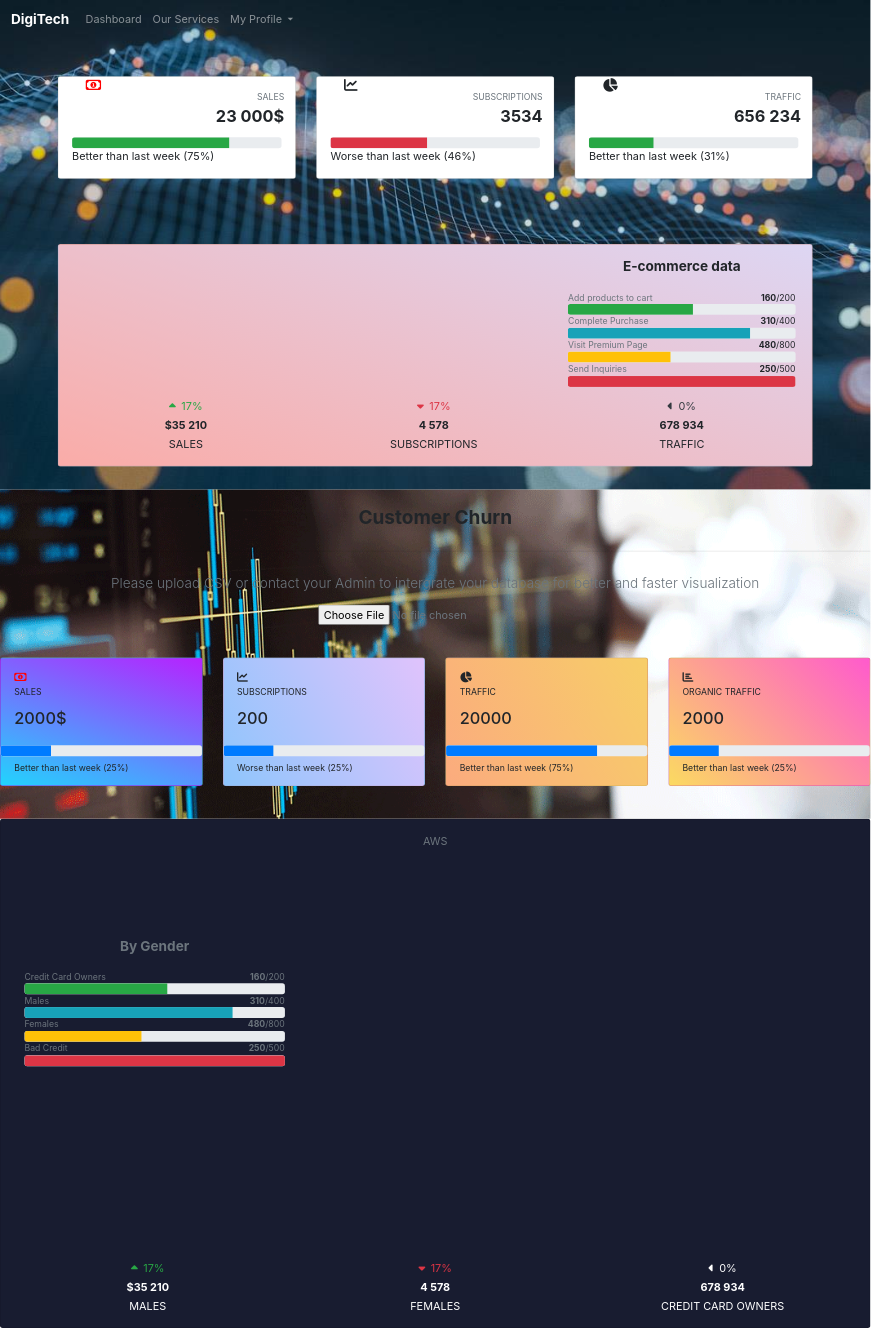
Repository: Tookliin/DigiTech
Page: /data
These files come from the project's save history. The page is drawn as it stood at one moment and after the next save; the edit follows.
The browser window is 1280 px wide. The page is 1295 px wide, so the pictures cover 1295 px, including what lies to the right of the window. The pictures show the whole page, at 68% of full size.
The project was rebuilt for these pictures with package versions that can differ from the ones it lists, and the page was loaded fresh each time. Also part of the build but not shown: src/components/Dashboard.vue, src/components/Profile.vue, src/components/Error.vue, src/components/Register.vue.

Above is the page before, as saved 2020-07-22 08:46:46.

### src/main.js
import Vue from 'vue';
import App from './App.vue';
import VueRouter from 'vue-router';
// import 'bootstrap-icons';
// import 'bootstrap-icons/icons';
import 'jquery';
import 'popper.js';
import 'bootstrap';
import 'bootstrap/dist/css/bootstrap.min.css';
import './assets/css/main.css';
import '@fortawesome/fontawesome-free/css/all.min.css';
import 'bootstrap-css-only/css/bootstrap.min.css';
import Dashboard from './components/Dashboard.vue';
import Profile from './components/Profile';
import Error from './components/Error.vue';
import Register from './components/Register.vue';
import Organization from './components/Organization.vue';

Vue.use(VueRouter);
Vue.config.productionTip = false

const router = new VueRouter({
routes: [
  {path: '/', component: Dashboard},
  {path: '/profile', component: Profile},
  {path: '/register', component: Register},
  {path: '/data', component: Organization},
  {path: '*', component: Error}
],
mode: 'history'
});
new Vue({
  router,
  render: h => h(App)
}).$mount('#app');

### src/App.vue
<template>
  <div id="app">
    <main class="">
  <nav class="navbar fixed-top navbar-expand-lg navbar-dark scrolling-navbar">
        <a class="navbar-brand" href="/"><strong>DigiTech</strong></a>
        <button class="navbar-toggler" type="button" data-toggle="collapse" data-target="#navbarSupportedContent" aria-controls="navbarSupportedContent" aria-expanded="false" aria-label="Toggle navigation">
            <span class="navbar-toggler-icon"></span>
        </button>
        <div class="collapse navbar-collapse" id="navbarSupportedContent">
            <ul class="navbar-nav mr-auto">
              <router-link to="/">
              <a class="nav-link">Dashboard <span class="sr-only">(current)</span></a></router-link>

                <router-link to="/profile">
                  <a class="nav-link" >Our Services</a>
                </router-link>


                 <li class="nav-item dropdown">
          <a class="nav-link dropdown-toggle" id="navbarDropdownMenuLink-4" data-toggle="dropdown" aria-haspopup="true"
            aria-expanded="false">
           My Profile
          </a>
          <div class="dropdown-menu dropdown-menu-right dropdown-info" aria-labelledby="navbarDropdownMenuLink-4">
             <router-link to="/data">
             <a class="dropdown-item">Account</a></router-link>

             <router-link to="/register">
             <a class="dropdown-item">Register</a></router-link>

             <router-link to="/logout">
             <a class="dropdown-item">Log out</a></router-link>



            <!-- <a class="dropdown-item" href="/data">Our Clients</a> -->
          </div>
        </li>
            </ul>
        </div>
    </nav>
    </main>
    <router-view/>
  </div>
</template>
<script>
export default {
  name: "App",
  components:{

  },
  data(){
    return{}
  }
}
</script>

### src/assets/css/main.css
html,
body,
header,
.view {
  height: 100%;
}

.navbar {
    background-color: transparent;
}

@media (max-width: 740px) {
  html,
  body,
  header,
  .view {
    height: 1200px;
  }
}
@media (min-width: 800px) and (max-width: 850px) {
  html,
  body,
  header,
  .view {
    height: 700px;
  }
}

.top-nav-collapse {
  background-color: #39448c !important;
}

.navbar:not(.top-nav-collapse) {
  background: transparent !important;
}

@media (max-width: 991px) {
 .navbar:not(.top-nav-collapse) {
  background: #39448c !important;
 }
}

.far{
    color: red;
}

.dashboard{
    background-color: #21D4FD;
background-image: -webkit-linear-gradient(19deg, #21D4FD 0%, #B721FF 100%);
background-image: -moz-linear-gradient(19deg, #21D4FD 0%, #B721FF 100%);
background-image: -o-linear-gradient(19deg, #21D4FD 0%, #B721FF 100%);
background-image: linear-gradient(19deg, #21D4FD 0%, #B721FF 100%);
}

.profile{
background-color: #D9AFD9;
background-image: -webkit-linear-gradient(0deg, #D9AFD9 0%, #97D9E1 100%);
background-image: -moz-linear-gradient(0deg, #D9AFD9 0%, #97D9E1 100%);
background-image: -o-linear-gradient(0deg, #D9AFD9 0%, #97D9E1 100%);
background-image: linear-gradient(0deg, #D9AFD9 0%, #97D9E1 100%);

}


 .data{
    /* background-color: #FAACA8;
background-image: -webkit-linear-gradient(19deg, #FAACA8 0%, #DDD6F3 100%);
background-image: -moz-linear-gradient(19deg, #FAACA8 0%, #DDD6F3 100%);
background-image: -o-linear-gradient(19deg, #FAACA8 0%, #DDD6F3 100%);
background-image: linear-gradient(19deg, #FAACA8 0%, #DDD6F3 100%); */
background-image: url("../images/dsa.jpg");
background-position: center;
background-size: cover;;

 }

 .client-card{
     background-color: #FAACA8;
background-image: -webkit-linear-gradient(19deg, #FAACA8 0%, #DDD6F3 100%);
background-image: -moz-linear-gradient(19deg, #FAACA8 0%, #DDD6F3 100%);
background-image: -o-linear-gradient(19deg, #FAACA8 0%, #DDD6F3 100%);
background-image: linear-gradient(19deg, #FAACA8 0%, #DDD6F3 100%);
 }

 .customer-churn{
     /* background-attachment: fixed; */
     background-image: url("../images/ad.gif");
     background-position: center;
     background-size: cover;;
 }
.sales{
    background-color: #21D4FD;
    background-image: -webkit-linear-gradient(19deg, #21D4FD 0%, #B721FF 100%);
    background-image: -moz-linear-gradient(19deg, #21D4FD 0%, #B721FF 100%);
    background-image: -o-linear-gradient(19deg, #21D4FD 0%, #B721FF 100%);
    background-image: linear-gradient(19deg, #21D4FD 0%, #B721FF 100%);
}

.subscription{
    background-color: #8EC5FC;
    background-image: -webkit-linear-gradient(62deg, #8EC5FC 0%, #E0C3FC 100%);
    background-image: -moz-linear-gradient(62deg, #8EC5FC 0%, #E0C3FC 100%);
    background-image: -o-linear-gradient(62deg, #8EC5FC 0%, #E0C3FC 100%);
    background-image: linear-gradient(62deg, #8EC5FC 0%, #E0C3FC 100%);

}

.traffic{
    background-color: #FBAB7E;
    background-image: -webkit-linear-gradient(62deg, #FBAB7E 0%, #F7CE68 100%);
    background-image: -moz-linear-gradient(62deg, #FBAB7E 0%, #F7CE68 100%);
    background-image: -o-linear-gradient(62deg, #FBAB7E 0%, #F7CE68 100%);
    background-image: linear-gradient(62deg, #FBAB7E 0%, #F7CE68 100%);

}

.organic{
    background-color: #FBDA61;
    background-image: -webkit-linear-gradient(45deg, #FBDA61 0%, #FF5ACD 100%);
    background-image: -moz-linear-gradient(45deg, #FBDA61 0%, #FF5ACD 100%);
    background-image: -o-linear-gradient(45deg, #FBDA61 0%, #FF5ACD 100%);
    background-image: linear-gradient(45deg, #FBDA61 0%, #FF5ACD 100%);

}

### src/components/Organization.vue
<template>

<div class="">
<div class="data" style="height: 100vh;">

<div class="container ">
    <div class="row">
      <div class="col-lg-4 col-md-12 py-5 my-5">
        <div class="card mt-3">

          <div class="">
            <i class="far fa-money-bill-alt fa-lg primary-color z-depth-2 p-4 ml-3 mt-n3 rounded text-black"></i>
            <div class="float-right text-right p-3">
              <p class="text-uppercase text-muted mb-1"><small>sales</small></p>
              <h4 class="font-weight-bold mb-0">23 000$</h4>
            </div>
          </div>

          <div class="card-body pt-0">
            <div class="progress md-progress">
              <div class="progress-bar bg-success" role="progressbar" style="width: 75%" aria-valuenow="75" aria-valuemin="0"
                aria-valuemax="100"></div>
            </div>
            <p class="card-text">Better than last week (75%)</p>
          </div>
        </div>
      </div>

      <div class="col-lg-4 col-md-6 my-5 py-5">
        <div class="card mt-3">
          <div class="">
            <i class="fas fa-chart-line fa-lg teal z-depth-2 p-4 ml-3 mt-n3 rounded text-black"></i>
            <div class="float-right text-right p-3">
              <p class="text-uppercase text-muted mb-1"><small>subscriptions</small></p>
              <h4 class="font-weight-bold mb-0">3534</h4>
            </div>
          </div>
          <div class="card-body pt-0">
            <div class="progress md-progress">
              <div class="progress-bar bg-danger" role="progressbar" style="width: 46%" aria-valuenow="46" aria-valuemin="0"
                aria-valuemax="100"></div>
            </div>
            <p class="card-text">Worse than last week (46%)</p>
          </div>
        </div>
      </div>

      <div class="col-lg-4 col-md-6 my-5 py-5">
        <div class="card mt-3">
          <div class="">
            <i class="fas fa-chart-pie fa-lg purple z-depth-2 p-4 ml-3 mt-n3 rounded text-black"></i>
            <div class="float-right text-right p-3">
              <p class="text-uppercase text-muted mb-1"><small>traffic</small></p>
              <h4 class="font-weight-bold mb-0">656 234</h4>
            </div>
          </div>
          <div class="card-body pt-0">
            <div class="progress md-progress">
              <div class="progress-bar bg-success" role="progressbar" style="width: 31%" aria-valuenow="31" aria-valuemin="0"
                aria-valuemax="100"></div>
            </div>
            <p class="card-text">Better than last week (31%)</p>
          </div>
        </div>
      </div>
    </div>


    <!-- Client Behaviour -->
 <section>
      <div class=" client-card card">
        <div class="card-body mr-md-1">
          <div class="row mb-3">
            <div class="col-md-8 mb-4">
              <canvas id="barChart" height="100"></canvas>
            </div>
            <div class="col-md-4 mb-1 mb-md-0">
              <h5 class="text-center font-weight-bold mb-4">E-commerce data</h5>
              <div class="d-flex justify-content-between">
                <small class="text-muted">Add products to cart</small>
                <small><span><strong>160</strong></span>/<span></span>200</small>
              </div>
              <div class="progress md-progress">
                <div class="progress-bar bg-success" role="progressbar" style="width: 55%" aria-valuenow="55"
                  aria-valuemin="0" aria-valuemax="100"></div>
              </div>
              <div class="d-flex justify-content-between">
                <small class="text-muted">Complete Purchase</small>
                <small><span><strong>310</strong></span>/<span></span>400</small>
              </div>
              <div class="progress md-progress">
                <div class="progress-bar bg-info" role="progressbar" style="width: 80%" aria-valuenow="80"
                  aria-valuemin="0" aria-valuemax="100"></div>
              </div>
              <div class="d-flex justify-content-between">
                <small class="text-muted">Visit Premium Page</small>
                <small><span><strong>480</strong></span>/<span></span>800</small>
              </div>
              <div class="progress md-progress">
                <div class="progress-bar bg-warning" role="progressbar" style="width: 45%" aria-valuenow="45"
                  aria-valuemin="0" aria-valuemax="100"></div>
              </div>
              <div class="d-flex justify-content-between">
                <small class="text-muted">Send Inquiries</small>
                <small><span><strong>250</strong></span>/<span></span>500</small>
              </div>
              <div class="progress md-progress">
                <div class="progress-bar bg-danger" role="progressbar" style="width: 100%" aria-valuenow="100"
                  aria-valuemin="0" aria-valuemax="100"></div>
              </div>
            </div>
          </div>
          <div class="row text-center">
            <div class="col-md-4 mb-4 mb-md-0">
              <p class="text-success mb-1"><i class="fas fa-caret-up mr-2"></i>17%</p>
              <p class="font-weight-bold mb-1">$35 210</p>
              <p class="text-uppercase mb-md-0">Sales</p>
            </div>
            <div class="col-md-4 mb-4 mb-md-0">
              <p class="text-danger mb-1"><i class="fas fa-caret-down mr-2"></i>17%</p>
              <p class="font-weight-bold mb-1">4 578</p>
              <p class="text-uppercase mb-md-0">Subscriptions</p>
            </div>
            <div class="col-md-4 mb-0">
              <p class="text-dark mb-1"><i class="fas fa-caret-left mr-2"></i>0%</p>
              <p class="font-weight-bold mb-1">678 934</p>
              <p class="text-uppercase mb-0">Traffic</p>
            </div>
          </div>
        </div>
      </div>
    </section>
    </div>
    </div>

<!-- Customer Churn -->
<section class=" customer-churn py-4">

    <h3 class="font-weight-bold text-center dark-grey-text pb-2">
        Customer Churn</h3>
    <hr class="w-header my-4">
    <p class="lead text-center text-muted pt-2 mb-3">Please upload CSV or contact your Admin to intergrate your database for better and faster visualization

    </p>
    <div class="text-center text-muted mb-5">
        <input type="file" name="form" id="form">
        <a class="primary-color"></a>
    </div>


    <div class="row white-text">
      <div class="col-xl-3 col-md-6 mb-4">
        <div class="sales card classic-admin-card primary-color">
          <div class="card-body py-3">
            <i class="far fa-money-bill-alt"></i>
            <p class="small">SALES</p>
            <h4>2000$</h4>
          </div>
          <div class="progress md-progress">
            <div class="progress-bar grey darken-3" role="progressbar" style="width: 25%" aria-valuenow="25" aria-valuemin="0" aria-valuemax="100"></div>
          </div>
          <div class="card-body pt-2 pb-3">
            <p class="small mb-0">Better than last week (25%)</p>
          </div>
        </div>
      </div>

      <div class="col-xl-3 col-md-6 mb-4">
        <div class="subscription card classic-admin-card warning-color">
          <div class="card-body py-3">
            <i class="fas fa-chart-line"></i>
            <p class="small">SUBSCRIPTIONS</p>
            <h4>200</h4>
          </div>
          <div class="progress md-progress">
            <div class="progress-bar bg grey darken-3" role="progressbar" style="width: 25%" aria-valuenow="25" aria-valuemin="0" aria-valuemax="100"></div>
          </div>
          <div class="card-body pt-2 pb-3">
            <p class="small mb-0">Worse than last week (25%)</p>
          </div>
        </div>
      </div>

      <div class="col-xl-3 col-md-6 mb-4">
        <div class="traffic card classic-admin-card light-blue lighten-1">
          <div class="card-body py-3">
            <i class="fas fa-chart-pie"></i>
            <p class="small">TRAFFIC</p>
            <h4>20000</h4>
          </div>
          <div class="progress md-progress">
            <div class="progress-bar grey darken-3" role="progressbar" style="width: 75%" aria-valuenow="75" aria-valuemin="0" aria-valuemax="100"></div>
          </div>
          <div class="card-body pt-2 pb-3">
            <p class="small mb-0">Better than last week (75%)</p>
          </div>
        </div>
      </div>

      <div class="col-xl-3 col-md-6 mb-4">
        <div class="organic card classic-admin-card red accent-2">
          <div class="card-body py-3">
            <i class="fas fa-chart-bar"></i>
            <p class="small">ORGANIC TRAFFIC</p>
            <h4>2000</h4>
          </div>
          <div class="progress md-progress">
            <div class="progress-bar grey darken-3" role="progressbar" style="width: 25%" aria-valuenow="25" aria-valuemin="0" aria-valuemax="100"></div>
          </div>
          <div class="card-body pt-2 pb-3">
            <p class="small mb-0">Better than last week (25%)</p>
          </div>
        </div>
      </div>
    </div>
  </section>


   <section>

    <div class="card" style="background-color: #181C30;">
      <div class="card-body">
            <div class="text-center text-muted mb-5">
                <a class="primary-color">AWS</a>

            <div class="col-md-6 mb-4">
              <canvas id="barChart" height="100"></canvas>
            </div>
            <div class="col-md-4 mb- ">
              <h5 class="text-center font-weight-bold mb-4">By Gender</h5>
              <div class="d-flex justify-content-between">
                <small class="text-muted">Credit Card Owners</small>
                <small><span><strong>160</strong></span>/<span></span>200</small>
              </div>
              <div class="progress md-progress">
                <div class="progress-bar bg-success" role="progressbar" style="width: 55%" aria-valuenow="55"
                  aria-valuemin="0" aria-valuemax="100"></div>
              </div>
              <div class="d-flex justify-content-between">
                <small class="text-muted">Males</small>
                <small><span><strong>310</strong></span>/<span></span>400</small>
              </div>
              <div class="progress md-progress">
                <div class="progress-bar bg-info" role="progressbar" style="width: 80%" aria-valuenow="80"
                  aria-valuemin="0" aria-valuemax="100"></div>
              </div>
              <div class="d-flex justify-content-between">
                <small class="text-muted">Females</small>
                <small><span><strong>480</strong></span>/<span></span>800</small>
              </div>
              <div class="progress md-progress">
                <div class="progress-bar bg-warning" role="progressbar" style="width: 45%" aria-valuenow="45"
                  aria-valuemin="0" aria-valuemax="100"></div>
              </div>
              <div class="d-flex justify-content-between">
                <small class="text-muted">Bad Credit</small>
                <small><span><strong>250</strong></span>/<span></span>500</small>
              </div>
              <div class="progress md-progress">
                <div class="progress-bar bg-danger" role="progressbar" style="width: 100%" aria-valuenow="100"
                  aria-valuemin="0" aria-valuemax="100"></div>
              </div>

          </div>


          <div class="col-md-6 mb-4">
              <canvas id="barChart" height="100">dd</canvas>
            </div>
                </div>



        <canvas id="lineChart" class="mb-4" height="100"></canvas>

        <!--Grid row-->
        <div class="row text-center text-white">


          <!--Grid column-->
          <div class="col-md-4 mb-4 mb-md-0">

            <p class="text-success mb-1"><i class="fas fa-caret-up mr-2"></i>17%</p>
            <p class="font-weight-bold mb-1">$35 210</p>
            <p class="text-uppercase mb-md-0">Males</p>

          </div>
          <!--Grid column-->

          <!--Grid column-->
          <div class="col-md-4 mb-4 mb-md-0">

            <p class="text-danger mb-1"><i class="fas fa-caret-down mr-2"></i>17%</p>
            <p class="font-weight-bold mb-1">4 578</p>
            <p class="text-uppercase mb-md-0">Females</p>

          </div>
          <!--Grid column-->

          <!--Grid column-->
          <div class="col-md-4 mb-0">

            <p class="text-grey mb-1"><i class="fas fa-caret-left mr-2"></i>0%</p>
            <p class="font-weight-bold mb-1">678 934</p>
            <p class="text-uppercase mb-0">Credit Card Owners</p>
          </div>
        </div>

      </div>
    </div>
  </section>


    </div>
</template>
<script>
export default {
    name: 'Profile',
    props:{


    }, data() {
        return {
            male: 8137,
            labels: ["Red", "Blue", "Yellow", "Green", "Purple", "Orange"],




        }
    },
    mounted() {

    this.ctxB = document.getElementById("barChart").getContext('2d');
    this.myBarChart =  {
      type: 'bar',
      data: {
        labels: ["Red", "Blue", "Yellow", "Green", "Purple", "Orange"],
        datasets: [{
          label: '# of Votes',
          data: [12, 19, 3, 5, 2, 3],
          backgroundColor: [
            'rgba(255, 99, 132, 0.2)',
            'rgba(54, 162, 235, 0.2)',
            'rgba(255, 206, 86, 0.2)',
            'rgba(75, 192, 192, 0.2)',
            'rgba(153, 102, 255, 0.2)',
            'rgba(255, 159, 64, 0.2)'
          ],
          borderColor: [
            'rgba(255,99,132,1)',
            'rgba(54, 162, 235, 1)',
            'rgba(255, 206, 86, 1)',
            'rgba(75, 192, 192, 1)',
            'rgba(153, 102, 255, 1)',
            'rgba(255, 159, 64, 1)'
          ],
          borderWidth: 1
        }]
      },
      options: {
        scales: {
          yAxes: [{
            ticks: {
              beginAtZero: true
            }
          }]
        }
      }
    };
    },
    methods: {

    },
}
</script>

Loaded but not shown: public/index.html (common file)

After the next save:
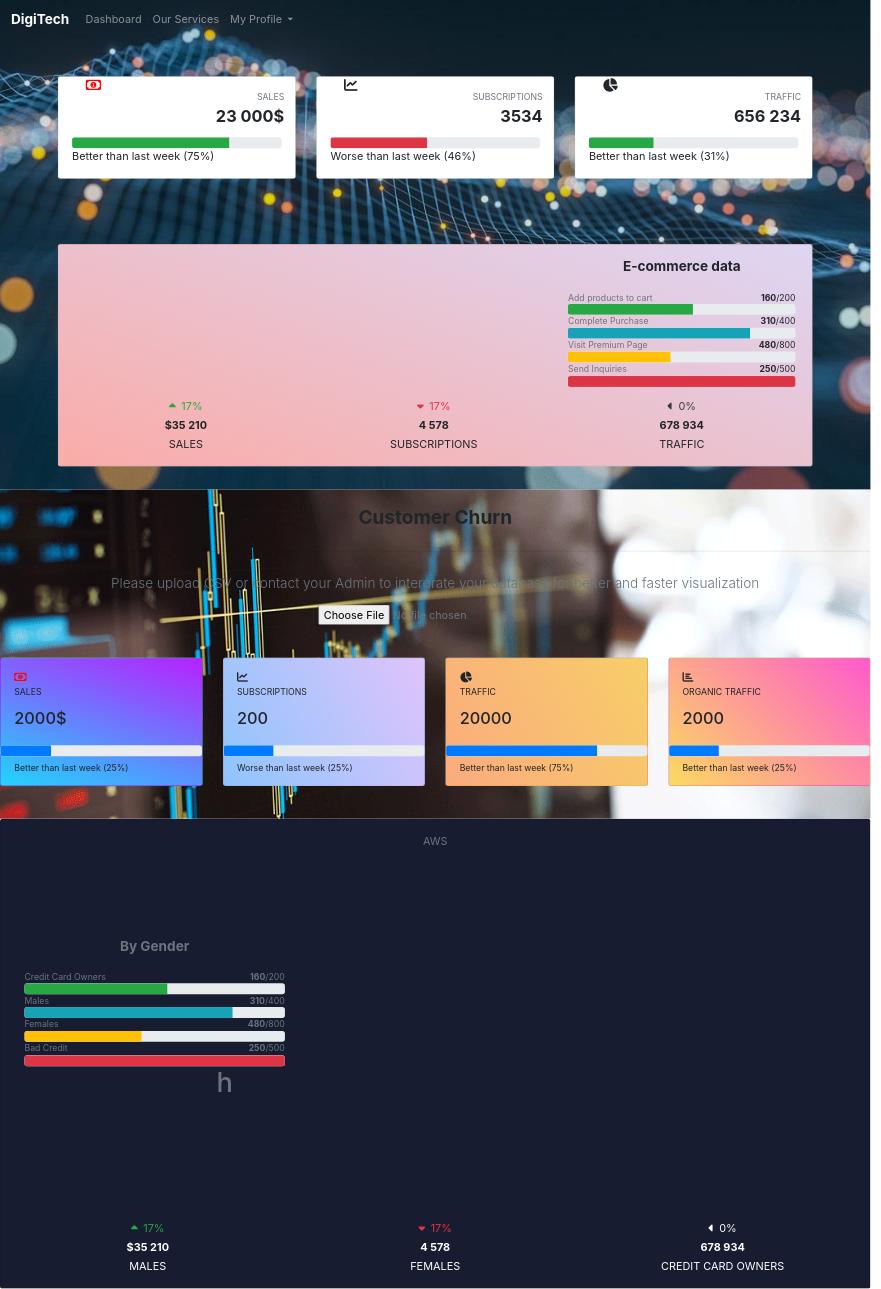
Saved 18 s later.
--- a/src/components/Organization.vue
+++ b/src/components/Organization.vue
@@ -265,7 +265,7 @@
 
 
           <div class="col-md-6 mb-4">
-              <canvas id="barChart" height="100">dd</canvas>
+              <h1>h</h1>
             </div>
                 </div>
 
